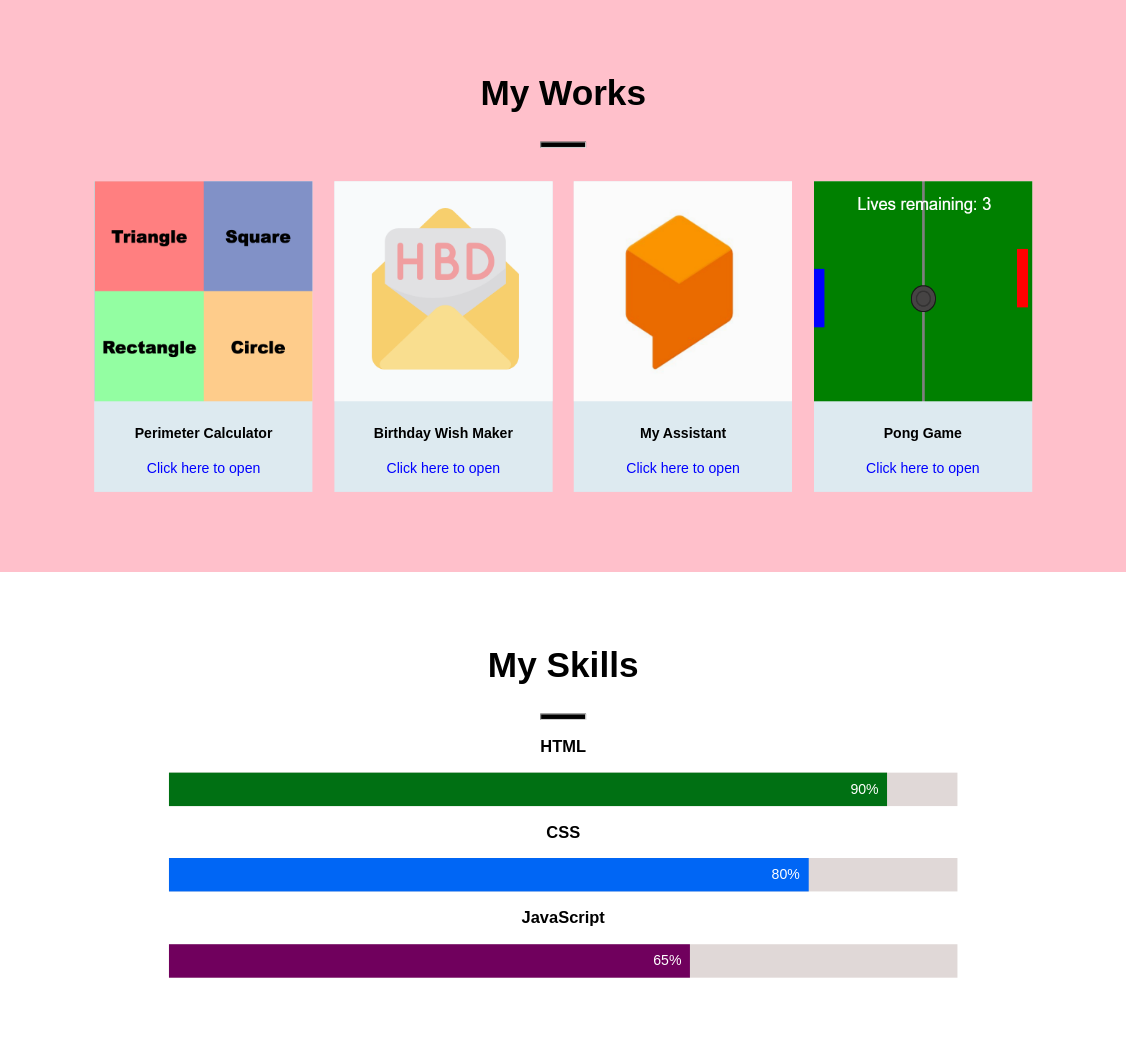
Repository: Devatsi/blog
Page: index.html
The author's editor kept a copy of each file at every save. The page is drawn from the files as they stood at one save, then again after the next save.
The browser window is 1280 px wide. The pictures show the whole page, at 88% of full size.

Above is the page before, as saved 2021-06-07 18:20:41.

### index.html
<!DOCTYPE html>
<html lang="">
<head>
    <meta charset="utf-8">
    <meta name="viewport" content="width=device-width, initial-scale=1.0">
    <title></title>
    <link rel="stylesheet" href="style.css">
</head>

<body>
    <section id="works">
        <h1>My Works</h1>
        <hr>
        <div class="row">
            <div class="card">
                <img src="perimeter.png">
                <div class="container">
                    <h4><b>Perimeter Calculator</b></h4>
                    <p>
                        <a href="https://studio.code.org/projects/applab/QQAlUIocQeTL7k2SGHIKaerjiROXChGCxM4ly18liGk" target="_blank">
                      Click here to open
                        </a>
                    </p>
                </div>
            </div>
            <div class="card">
                <img src="birthday.png">
                <div class="container">
                    <h4><b>Birthday Wish Maker</b></h4>
                    <p>
                        <a href="https://studio.code.org/projects/applab/iXiSg_WsyQq1v21rRsIZuJtoXPS0j2AVqxGDJHY0pXg" target="_blank">
                        Click here to open
                        </a>
                    </p>
                </div>
            </div>
            <div class="card">
                <img src="dialogflow.png">
                <div class="container">
                    <h4><b>My Assistant</b></h4>
                    <p>
                        <a href="https://console.dialogflow.com/api-client/demo/embedded/89eb6011-e32a-4a2e-ae2e-259fecd6784d" target="_blank">
                        Click here to open
                        </a>
                    </p>
                </div>
            </div>
            <div class="card">
                <img src="ponggame.png">
                <div class="container">
                    <h4>
                        <b>Pong Game</b></h4>
                    <p><a href="https://studio.code.org/projects/gamelab/CSlo2p0yNDYC6DU3JTokHXx-2m9qDWxvGP25jMsezJA" target="_blank">
                        Click here to open
                        </a>
                    </p>
                </div>
            </div>
        </div>
    </section>
    <section id="skills">
        <h1>My Skills</h1>
        <hr>
        <h3>HTML</h3>
        <div class="container-bar">
          <div class="skills html">90%</div>
        </div>

        <h3>CSS</h3>
        <div class="container-bar">
          <div class="skills css">80%</div>
        </div>

        <h3>JavaScript</h3>
        <div class="container-bar">
          <div class="skills js">65%</div>
        </div>
    </section>
</body>
</html>

### style.css
body {
    margin: 0;
    font-family: 'Raleway', sans-serif;
    text-align: center;
}
h1{
    font-size: 40px;
}
hr{
    width: 50px;
    height: 5px;
    background-color: #000;
}
#works{
    padding-top: 50px;
    padding-bottom: 100px;
    height: 500px;
    background-color: pink;
}
.row{
    padding: 20px;
    /* background-color: red; */

}

.card {
    box-shadow: 0 4px 8px 10 rgba(0,0,0,0.8 );
    transition: 0.3s;
    width: 20%;
    display: inline-block;
    margin: 10px;
    background-color: #ddeaf0;
}

.card img{
    height: 250px;
    width: 100%;
}

.card:hover {
  box-shadow: 0 8px 16px 0 rgba(0,0,0,0.8);
}

.container {
  padding: 2px 16px;
}
a{
    text-decoration: none;
    color: blue;
}
a:hover{
    color: red;
}

#skills{
    height: 500px;
    background-color: white;
    padding-top: 50px;
}

.container-bar {
    width: 70%;
    background-color: #e0d8d7;
    margin: 10px auto;
}

.skills {
    text-align: right;
    padding-top: 10px;
    padding-bottom: 10px;
    padding-right: 10px;
    color: white;
}

.html {
    width: 90%;
    background-color: #007013;
}
.css {
    width: 80%;
    background-color: #0066f5;
}
.js {
    width: 65%;
    background-color: #70005d;
}

After the next save:
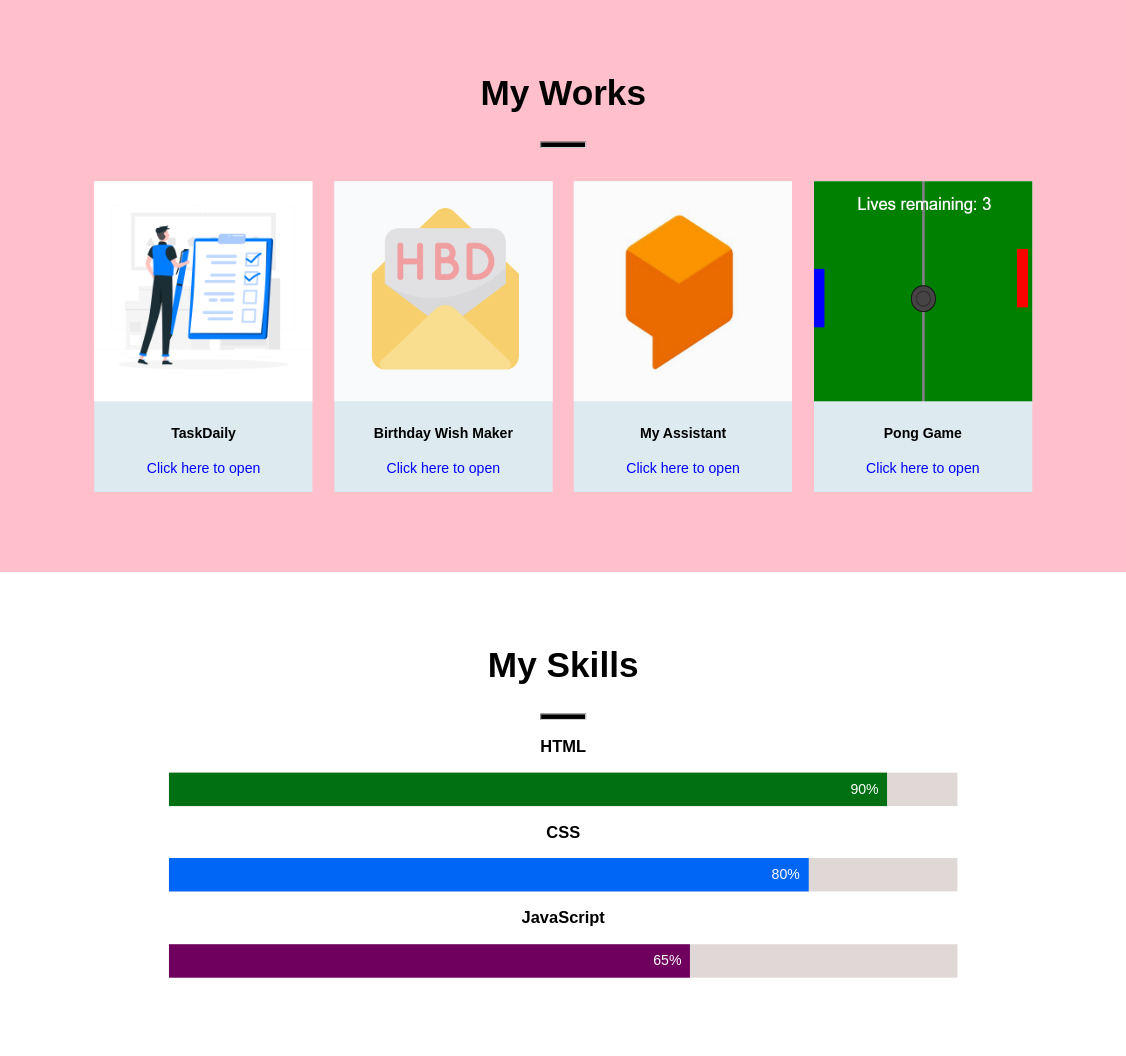
Saved 183 days later.
--- a/index.html
+++ b/index.html
@@ -13,11 +13,11 @@
         <hr>
         <div class="row">
             <div class="card">
-                <img src="perimeter.png">
+                <img src="TaskDaily.jpg">
                 <div class="container">
-                    <h4><b>Perimeter Calculator</b></h4>
+                    <h4><b>TaskDaily</b></h4>
                     <p>
-                        <a href="https://studio.code.org/projects/applab/QQAlUIocQeTL7k2SGHIKaerjiROXChGCxM4ly18liGk" target="_blank">
+                        <a href="https://devatsi.github.io/blog/" target="_blank">
                       Click here to open
                         </a>
                     </p>
